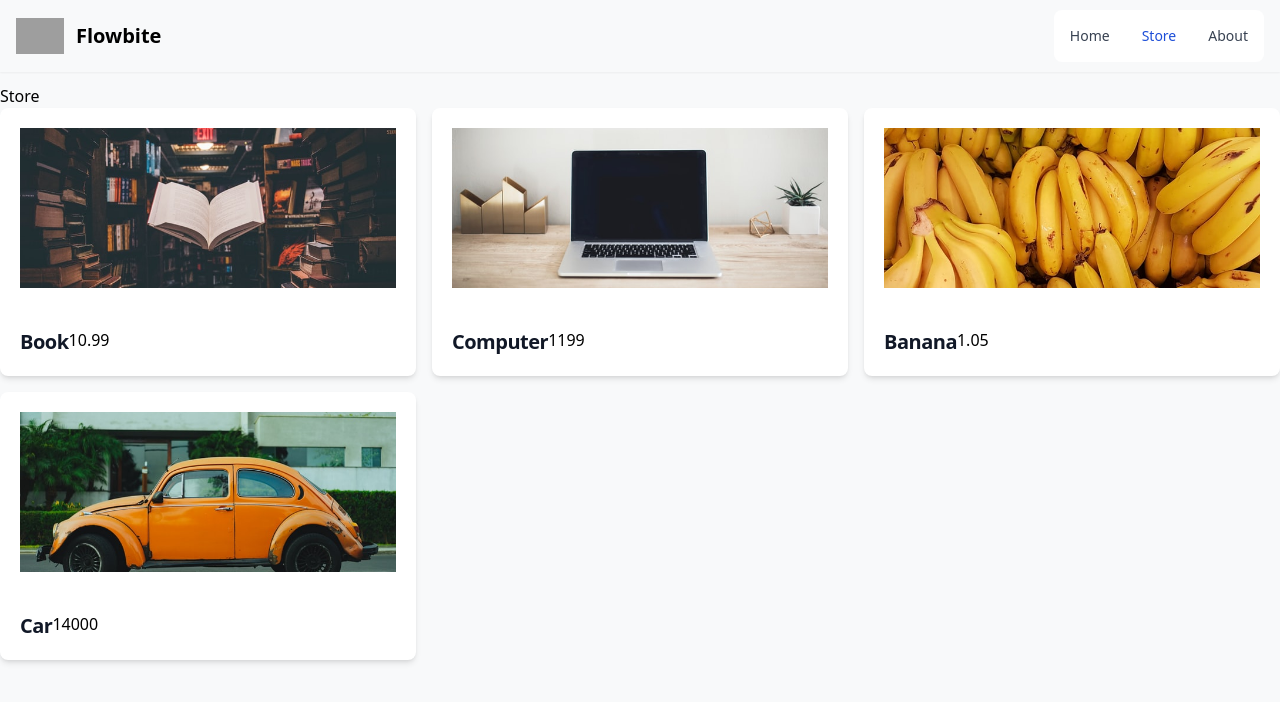
Repository: ducanhaep/react-ts-shopping-cart
Page: /store
The author's editor kept a copy of each file at every save. The page is drawn from the files as they stood at one save, then again after the next save.
The browser window is 1280 px wide. The pictures show the whole page.
Pictures or frames that could not be fetched are drawn as grey boxes. The project was rebuilt for these pictures with package versions that can differ from the ones it lists, and the page was loaded fresh each time. Also part of the build but not shown: vite.config.ts, src/pages/About.js, src/pages/Home.js.

Above is the page before, as saved 2023-01-11 19:25:24.

### src/App.tsx
import { Routes, Route } from "react-router-dom";
import { About } from "./pages/About";
import { Home } from "./pages/Home";
import { Store } from "./pages/Store";
import { Navbar } from "./components/Navbar";
function App() {
  return (
    <>
      <Navbar />
      <div className="container mb-4">
        <Routes>
          <Route path="/" element={<Home />} />
          <Route path="/store" element={<Store />} />
          <Route path="/about" element={<About />} />
        </Routes>
      </div>
    </>
  );
}

export default App;

### src/index.css
@tailwind base;
@tailwind components;
@tailwind utilities;
:root {
  font-synthesis: none;
  text-rendering: optimizeLegibility;
  -webkit-font-smoothing: antialiased;
  -moz-osx-font-smoothing: grayscale;
  -webkit-text-size-adjust: 100%;
}

/* Box sizing rules */
*,
*::before,
*::after {
  box-sizing: border-box;
}

/* Remove default margin */
body,
h1,
h2,
h3,
h4,
p,
figure,
blockquote,
dl,
dd {
  margin: 0;
}

/* Remove list styles on ul, ol elements with a list role, which suggests default styling will be removed */
ul[role="list"],
ol[role="list"] {
  list-style: none;
}

/* Set core root defaults */
html:focus-within {
  scroll-behavior: smooth;
}

/* Set core body defaults */
body {
  min-height: 100vh;
  text-rendering: optimizeSpeed;
  line-height: 1.5;
  background-color: #f8f9fa;
}

input,
button,
textarea,
select {
  font: inherit;
}

### src/pages/Store.tsx
import { StoreItem } from "../components/StoreItem";
import storeItems from "../data/items.json";
export function Store() {
  return (
    <>
      <h1>Store</h1>
      <div className="grid grid-cols-1 md:grid-cols-3 2xl:grid-cols-4 gap-8 md:gap-4">
        {storeItems.map((item) => (
          <StoreItem {...item} key={item.id} />
        ))}
      </div>
    </>
  );
}

### src/components/Navbar.tsx
import { Link, NavLink } from "react-router-dom";
import { BsFillCartFill } from "react-icons/bs";

export function Navbar() {
  return (
    <div className="shadow-sm mb-3">
      <nav className="containerbg-white border-gray-200 px-2 sm:px-4 py-2.5 rounded dark:bg-gray-900">
        <div className="container flex flex-wrap items-center justify-between mx-auto">
          <a href="#" className="flex items-center">
            <img
              src="https://flowbite.com/docs/images/logo.svg"
              className="h-6 mr-3 sm:h-9"
              alt="Flowbite Logo"
            />
            <span className="self-center text-xl font-semibold whitespace-nowrap dark:text-white">
              Flowbite
            </span>
          </a>
          <button
            data-collapse-toggle="navbar-default"
            type="button"
            aria-controls="navbar-default"
            aria-expanded="false"
            className="relative md:hidden text-blue-700 hover:text-white border border-blue-700 hover:bg-blue-800 focus:outline-none  font-medium rounded-lg text-sm px-5 py-2.5 text-center mr-2 mb-2"
          >
            <BsFillCartFill />
            <div className="absolute inline-flex items-center justify-center w-6 h-6 text-xs font-bold text-white bg-red-500 border-2 border-white rounded-full -top-2 -right-2 dark:border-gray-900">
              20
            </div>
          </button>
          <div className="hidden w-full md:block md:w-auto" id="navbar-default">
            <ul className="flex flex-col p-4 mt-4 border border-gray-100 rounded-lg bg-gray-50 md:flex-row md:space-x-8 md:mt-0 md:text-sm md:font-medium md:border-0 md:bg-white dark:bg-gray-800 md:dark:bg-gray-900 dark:border-gray-700">
              <li>
                <NavLink
                  to="/"
                  className={({ isActive }) =>
                    isActive
                      ? "text-white bg-blue-700 rounded md:bg-transparent md:text-blue-700 md:p-0 dark:text-white"
                      : "block py-2 pl-3 pr-4 text-gray-700 rounded hover:bg-gray-100 md:hover:bg-transparent md:border-0 md:hover:text-blue-700 md:p-0 dark:text-gray-400 md:dark:hover:text-white dark:hover:bg-gray-700 dark:hover:text-white md:dark:hover:bg-transparent"
                  }
                  aria-current="page"
                >
                  Home
                </NavLink>
              </li>
              <li>
                <NavLink
                  to="store"
                  className={({ isActive }) =>
                    isActive
                      ? "text-white bg-blue-700 rounded md:bg-transparent md:text-blue-700 md:p-0 dark:text-white"
                      : "block py-2 pl-3 pr-4 text-gray-700 rounded hover:bg-gray-100 md:hover:bg-transparent md:border-0 md:hover:text-blue-700 md:p-0 dark:text-gray-400 md:dark:hover:text-white dark:hover:bg-gray-700 dark:hover:text-white md:dark:hover:bg-transparent"
                  }
                >
                  Store
                </NavLink>
              </li>
              <li>
                <NavLink
                  to="about"
                  className={({ isActive }) =>
                    isActive
                      ? "text-white bg-blue-700 rounded md:bg-transparent md:text-blue-700 md:p-0 dark:text-white"
                      : "block py-2 pl-3 pr-4 text-gray-700 rounded hover:bg-gray-100 md:hover:bg-transparent md:border-0 md:hover:text-blue-700 md:p-0 dark:text-gray-400 md:dark:hover:text-white dark:hover:bg-gray-700 dark:hover:text-white md:dark:hover:bg-transparent"
                  }
                >
                  About
                </NavLink>
              </li>
            </ul>
          </div>
        </div>
      </nav>
    </div>
  );
}

### src/components/StoreItem.tsx
import { Link } from "react-router-dom";

interface StoreItemProps {
  id: number;
  name: string;
  price: number;
  imgUrl: string;
}
export function StoreItem({ id, name, price, imgUrl }: StoreItemProps) {
  return (
    <div className="w-full bg-white rounded-lg shadow-md">
      <div className="">
        <Link to="#">
          <img
            src={imgUrl}
            alt="imgUrl"
            className="rounded-t-lg p-5 object-cover h-[200px] w-full"
          />
        </Link>
      </div>
      <div className="flex flex-between px-5 py-5">
        <Link to="#">
          <h5 className="text-xl font-semibold tracking-tight text-gray-900">
            {name}
          </h5>
        </Link>
        <p>{price}</p>
      </div>
    </div>
  );
}

### src/data/items.json
[
	{
		"id": 1,
		"name": "Book",
		"price": 10.99,
		"imgUrl": "/imgs/book.jpg"
	},
	{
		"id": 2,
		"name": "Computer",
		"price": 1199,
		"imgUrl": "/imgs/computer.jpg"
	},
	{
		"id": 3,
		"name": "Banana",
		"price": 1.05,
		"imgUrl": "/imgs/banana.jpg"
	},
	{
		"id": 4,
		"name": "Car",
		"price": 14000,
		"imgUrl": "/imgs/car.jpg"
	}
]

### tailwind.config.cjs
/** @type {import('tailwindcss').Config} */
module.exports = {
  content: ["./index.html", "./src/**/*.{js,ts,jsx,tsx}"],
  theme: {
    container: {
      center: true,
    },
    extend: {},
  },
  plugins: [],
};

Loaded but not shown: index.html (common file); src/main.tsx (common file)

After the next save:
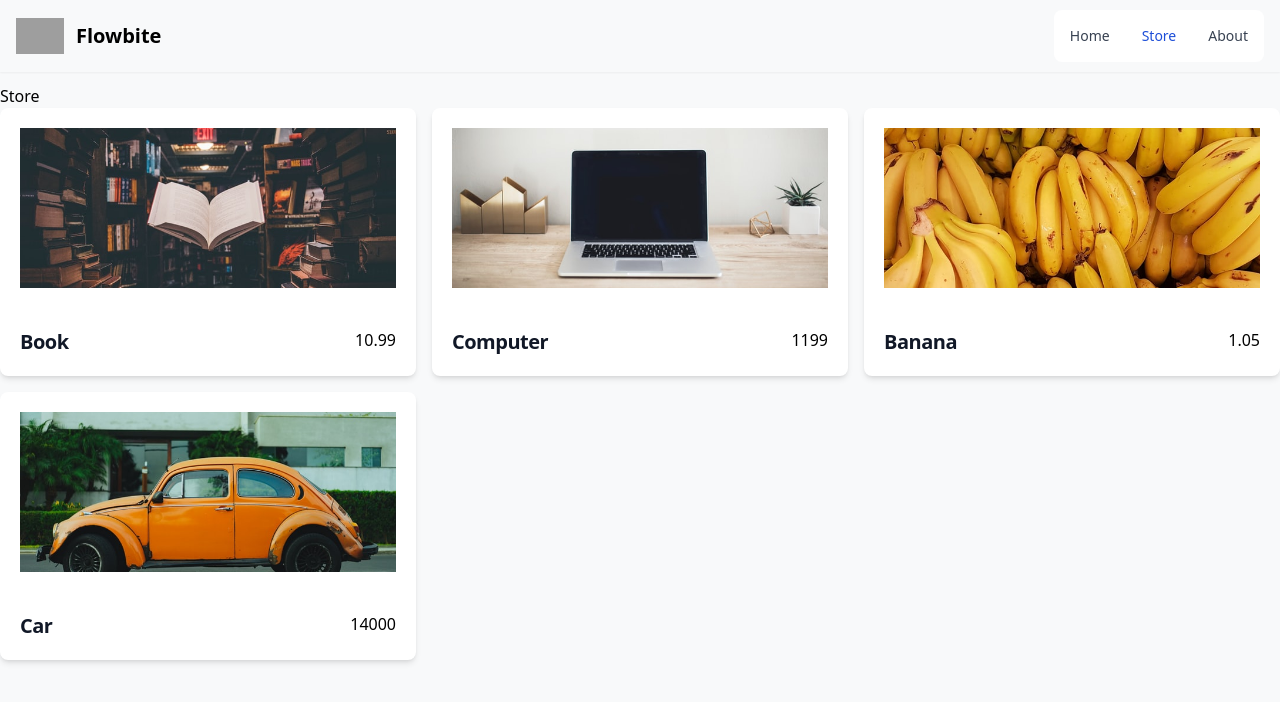
Saved 62 s later.
--- a/src/components/StoreItem.tsx
+++ b/src/components/StoreItem.tsx
@@ -18,7 +18,7 @@ export function StoreItem({ id, name, price, imgUrl }: StoreItemProps) {
           />
         </Link>
       </div>
-      <div className="flex flex-between px-5 py-5">
+      <div className="flex justify-between px-5 py-5">
         <Link to="#">
           <h5 className="text-xl font-semibold tracking-tight text-gray-900">
             {name}
